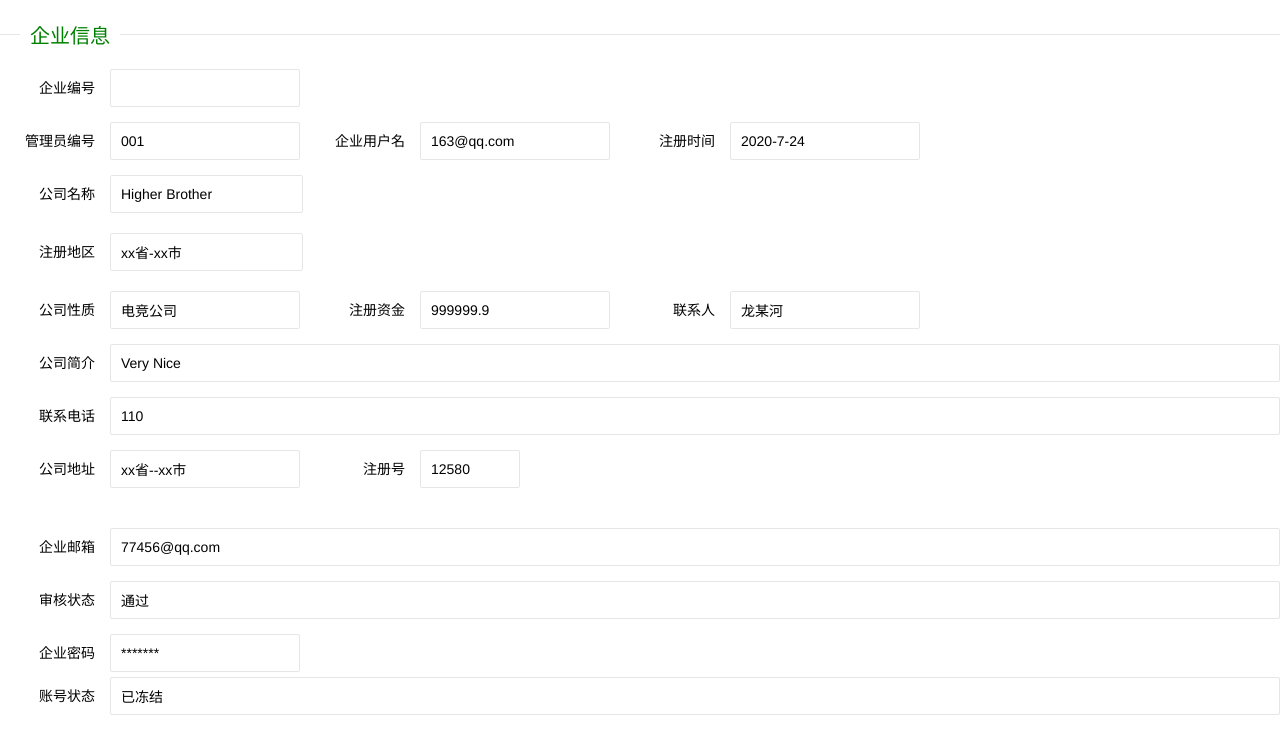
Repository: LongJinhe-coder/java-web-
Page: http://localhost/projectDemo1/displayFirmResume.jsp
The author's editor kept a copy of each file at every save. The page is drawn from the files as they stood at one save, then again after the next save.
The browser window is 1280 px wide. The pictures show the whole page.
The page is served by Tomcat 9. The template is opened directly, without the code that normally fills it, so the values that code supplies are empty.

Above is the page before, as saved 2020-07-28 09:59:06.

After the next save:
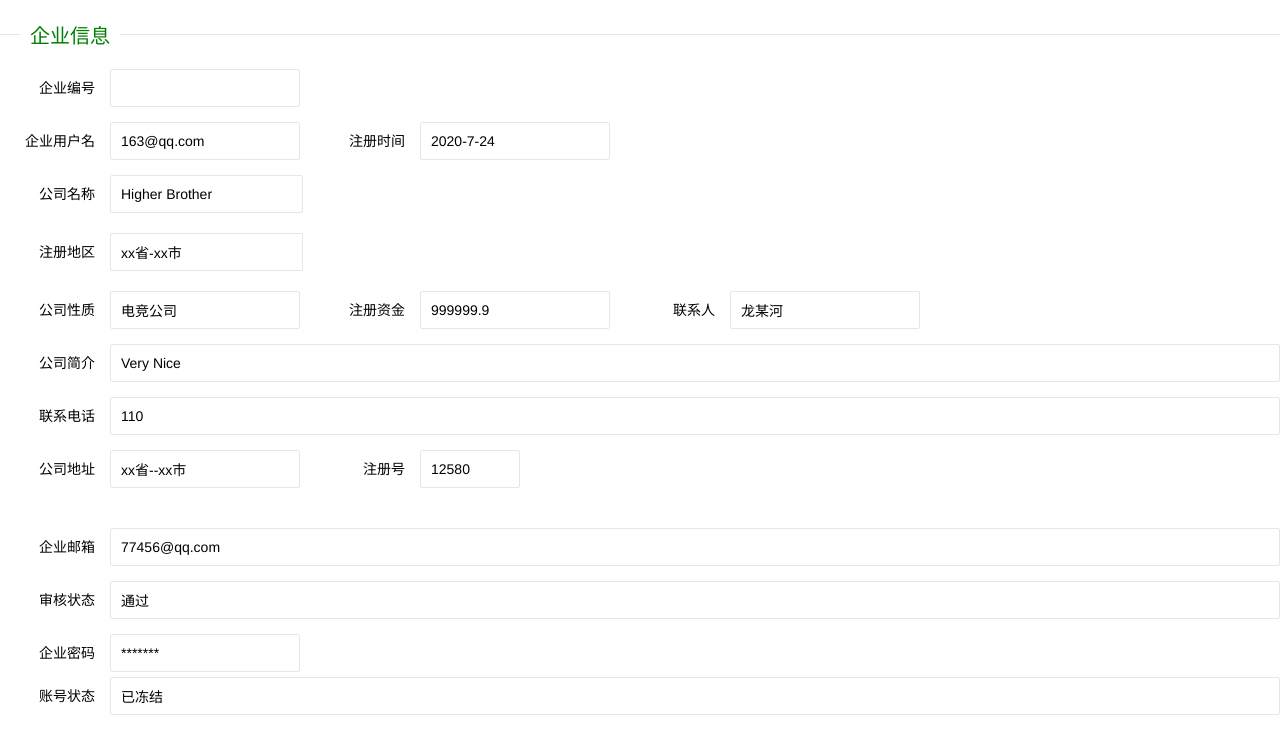
Saved 16 s later.
--- a/MyEclipse CI/projectDemo1/WebRoot/displayFirmResume.jsp
+++ b/MyEclipse CI/projectDemo1/WebRoot/displayFirmResume.jsp
@@ -49,10 +49,6 @@ String basePath = request.getScheme()+"://"+request.getServerName()+":"+request.
   </div>
 
  <div class="layui-form-item">
-    <label class="layui-form-label">管理员编号</label>
-    <div class="layui-input-inline">
-      <input type="text" name="adminID" value="001" readonly="readonly"  autocomplete="off" class="layui-input">
-    </div>
       <label class="layui-form-label">企业用户名</label>
       <div class="layui-input-inline">
         <input type="text" name="firmAccount" value="163@qq.com" readonly="readonly" class="layui-input">
